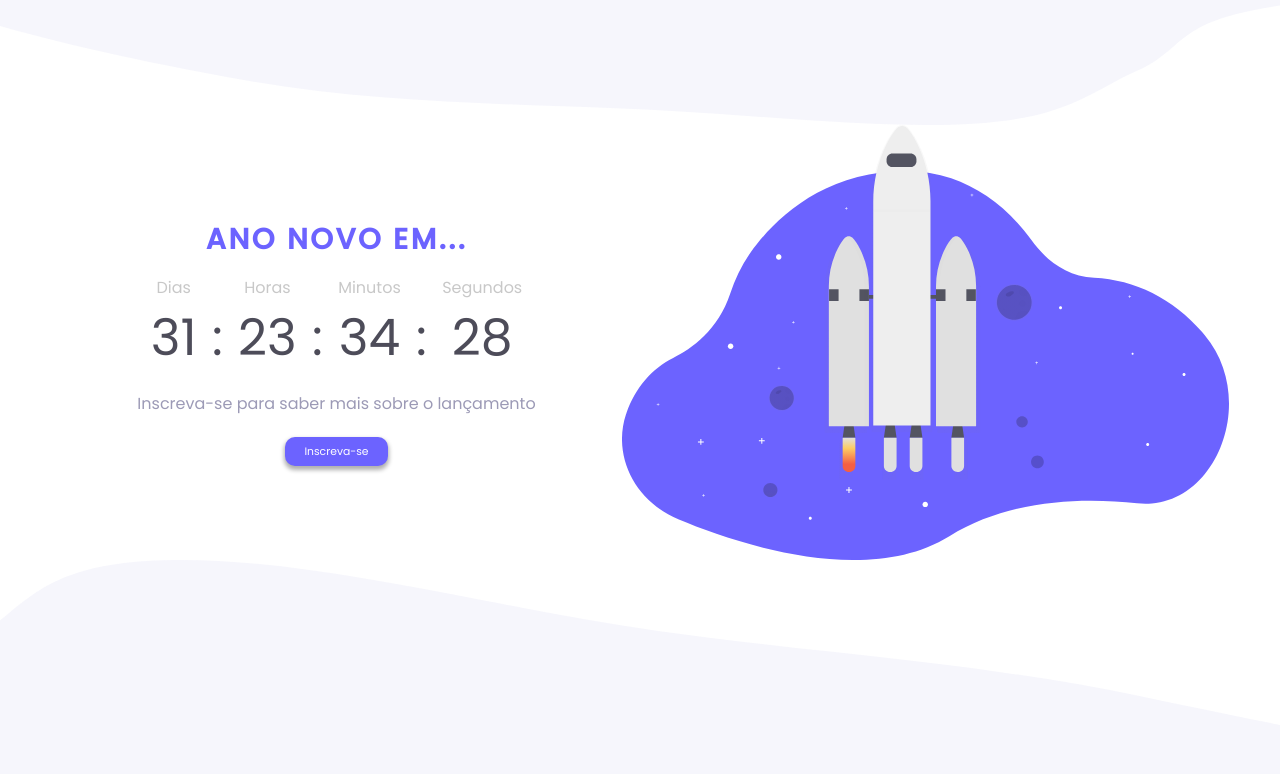
Repository: BrunoBross/countdown
Page: index.html
The author's editor kept a copy of each file at every save. The page is drawn from the files as they stood at one save, then again after the next save.
The browser window is 1280 px wide. The pictures show the whole page.

Above is the page before, as saved 2021-11-30 01:13:25.

After the next save:
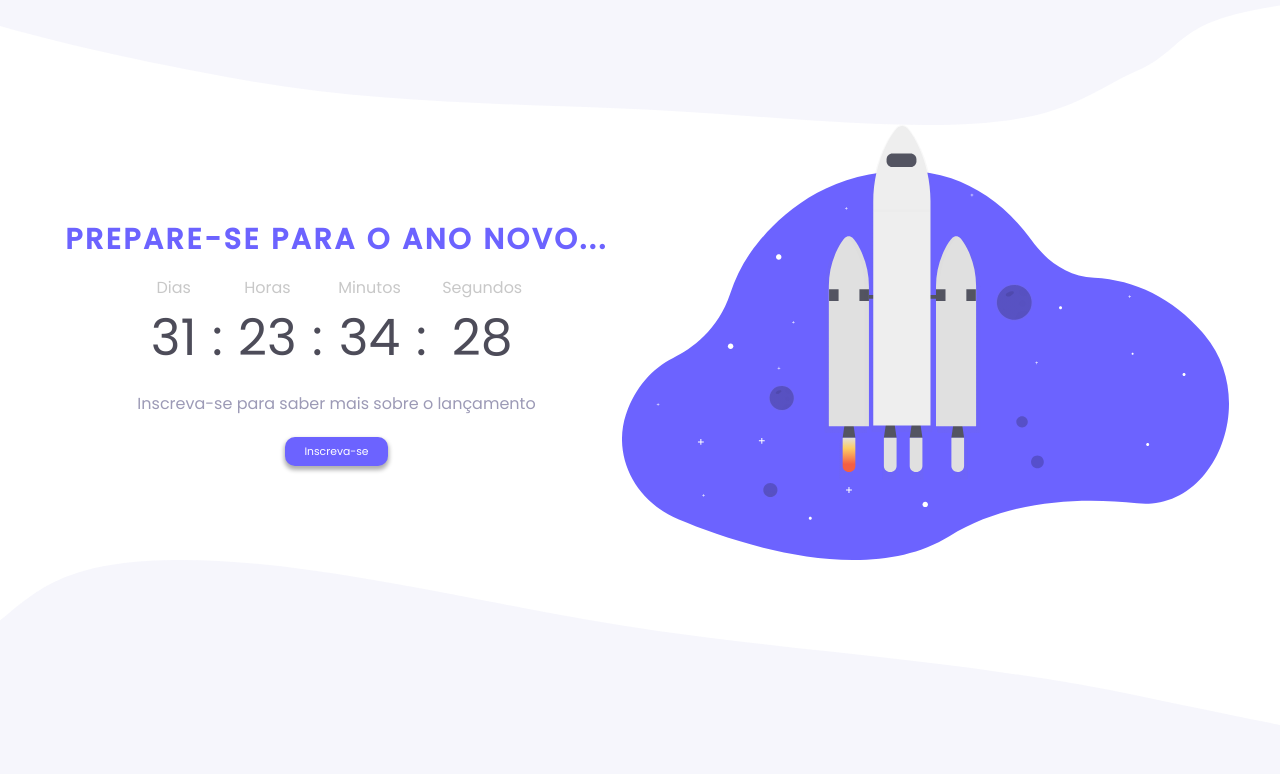
Saved 16 s later.
--- a/index.html
+++ b/index.html
@@ -15,7 +15,7 @@
     <img class="image" id="top" src="./assets/top-image.svg" alt="">
     <div class="center">
       <div class="content">
-        <h1>ANO NOVO EM...</h1>
+        <h1>PREPARE-SE PARA O ANO NOVO...</h1>
         <div class="clock">
           <div class="time" id="days">
             <p>Dias</p>
